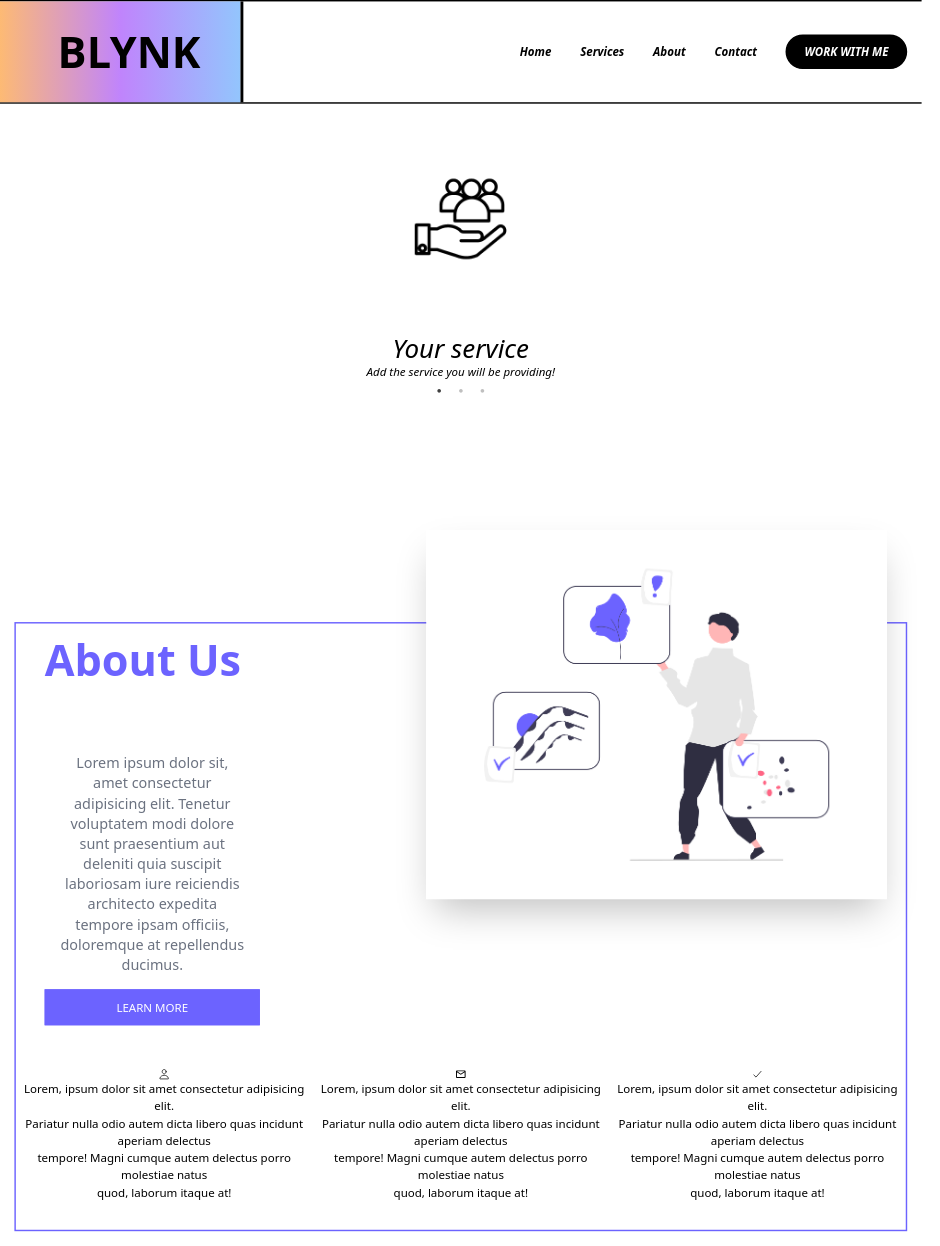
Repository: Al123Kudayyd/eportfolio
Page: /
An editor plug-in stored every save of this project. The page is shown before and after a run of saves, followed by the edit.
The browser window is 1280 px wide. The page is 1305 px wide, so the pictures cover 1305 px, including what lies to the right of the window. The pictures show the whole page, at 72% of full size.
The project was rebuilt for these pictures with package versions that can differ from the ones it lists, and the page was loaded fresh each time.

Above is the page before, as saved 2024-02-27 08:07:32.

After the next 2 saves:
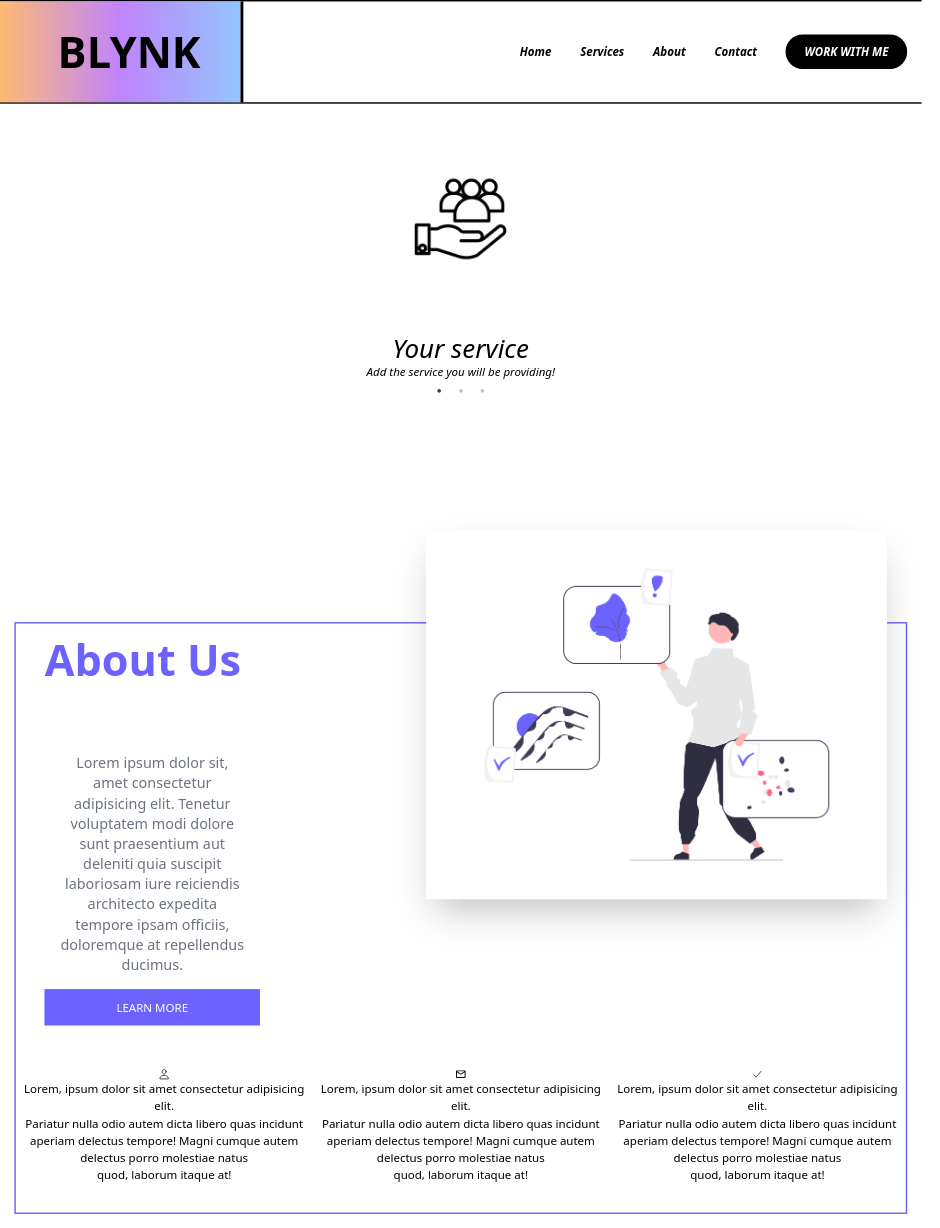
The 2 saves are shown as one change because they came seconds apart.
The last was saved 29 s later.
--- a/src/components/About.jsx
+++ b/src/components/About.jsx
@@ -20,7 +20,7 @@ function About() {
             </button>
         </div>
         <AboutService button={<IoPersonOutline />} button1={<MdOutlineEmail />} button2={<IoCheckmarkOutline />}
-        para={<div>Lorem, ipsum dolor sit amet consectetur adipisicing elit.<br /> Pariatur nulla odio autem dicta libero quas incidunt aperiam delectus <br />tempore! Magni cumque autem delectus porro molestiae natus <br />quod, laborum itaque at!</div>} />
+        para={<div>Lorem, ipsum dolor sit amet consectetur adipisicing elit.<br /> Pariatur nulla odio autem dicta libero quas incidunt<br /> aperiam delectus tempore! Magni cumque autem delectus porro molestiae natus <br />quod, laborum itaque at!</div>} />
         </div>
 
         <img src={about} className='absolute -top-32 w-[45%] lg:w-[50%] shadow-2xl right-4 lg:right-12' />
